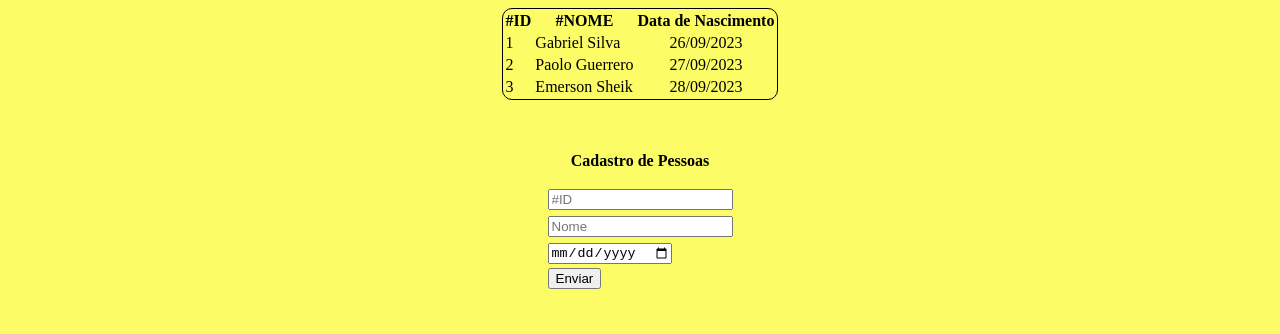
Repository: gabrielsilva9810/FATEC_LABEngSoftware
Page: ExemploHTML/src/main/webapp/index.html
These files come from the project's save history. The page is drawn as it stood at one moment and after the next save; the edit follows.
The browser window is 1280 px wide. The pictures show the whole page.

Above is the page before, as saved 2023-08-26 13:47:35.

After the next save:
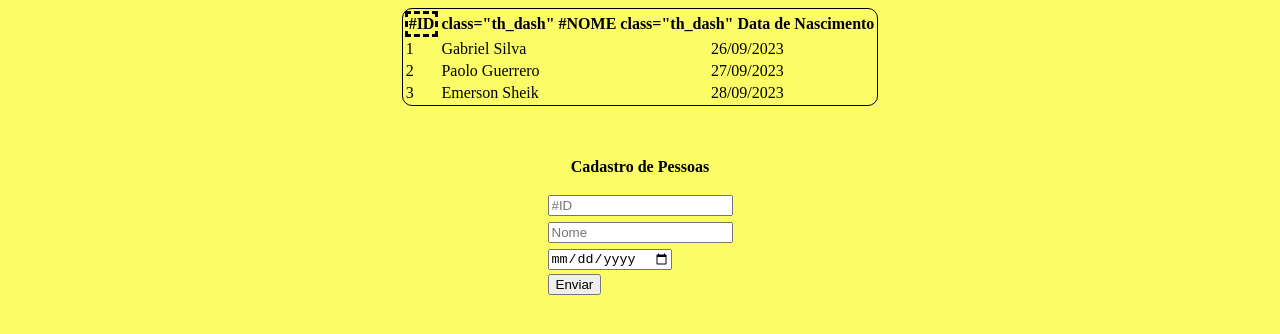
Saved 23 s later.
--- a/ExemploHTML/src/main/webapp/index.html
+++ b/ExemploHTML/src/main/webapp/index.html
@@ -12,9 +12,9 @@
 		<table class="table_round">
 			<thead>
 				<tr>
-					<th class="dash"><b> #ID</b></th>
-					<th><b> #NOME</b></th>
-					<th><b> Data de Nascimento</b></th>
+					<th class="th_dash"><b> #ID</b></th>
+					<th>class="th_dash"<b> #NOME</b></th>
+					<th>class="th_dash"<b> Data de Nascimento</b></th>
 				</tr>
 			</thead>
 			<tbody>
